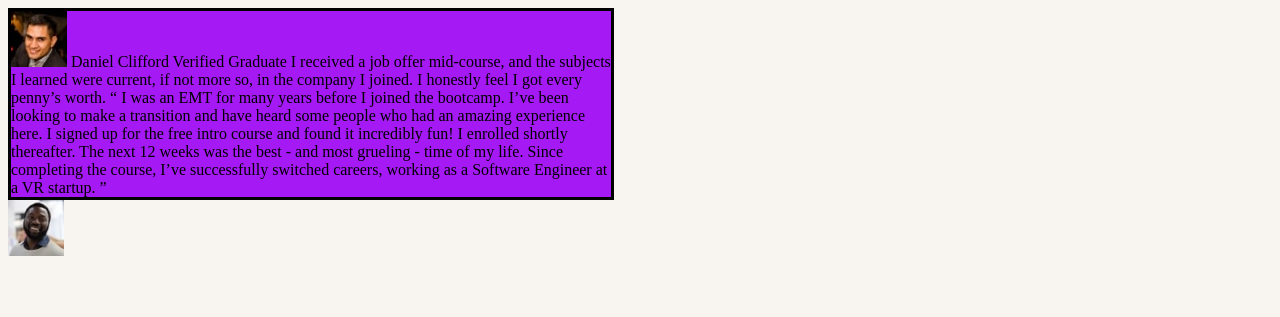
Repository: MagedElRefaey/Grid-Project
Page: Task.html
The author's editor kept a copy of each file at every save. The page is drawn from the files as they stood at one save, then again after the next save.
The browser window is 1280 px wide. The pictures show the whole page.

Above is the page before, as saved 2024-09-13 19:42:49.

After the next save:
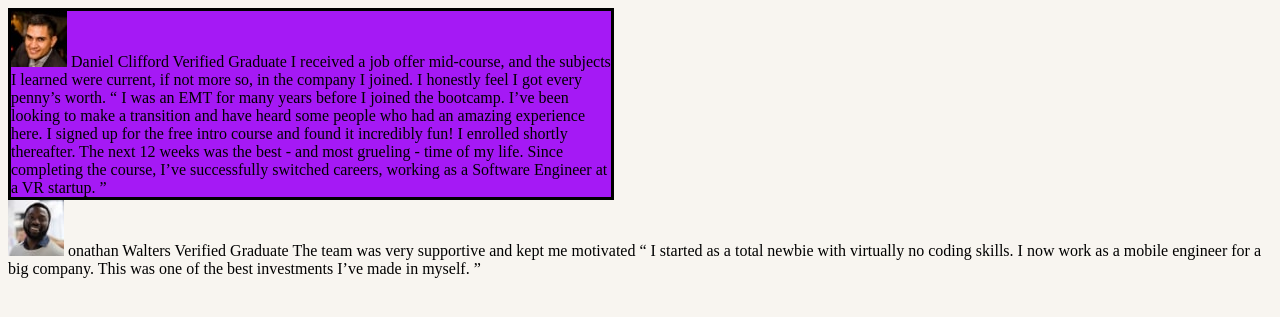
Saved 30 s later.
--- a/Task.html
+++ b/Task.html
@@ -19,7 +19,13 @@
             for the free intro course and found it incredibly fun! I enrolled shortly thereafter.
             The next 12 weeks was the best - and most grueling - time of my life. Since completing
             the course, I’ve successfully switched careers, working as a Software Engineer at a VR startup. ”</div>
-        <div class="Jonathan"><img src = "images/image-jonathan.jpg"> </div>
+        <div class="Jonathan"><img src = "images/image-jonathan.jpg"> onathan Walters
+            Verified Graduate
+
+            The team was very supportive and kept me motivated
+
+            “ I started as a total newbie with virtually no coding skills. I now work as a mobile engineer
+            for a big company. This was one of the best investments I’ve made in myself. ”</div>
         <div class="Kira"> </div>
         <div class="Jeantette"> </div>
         <div class="Patrick"> </div>
